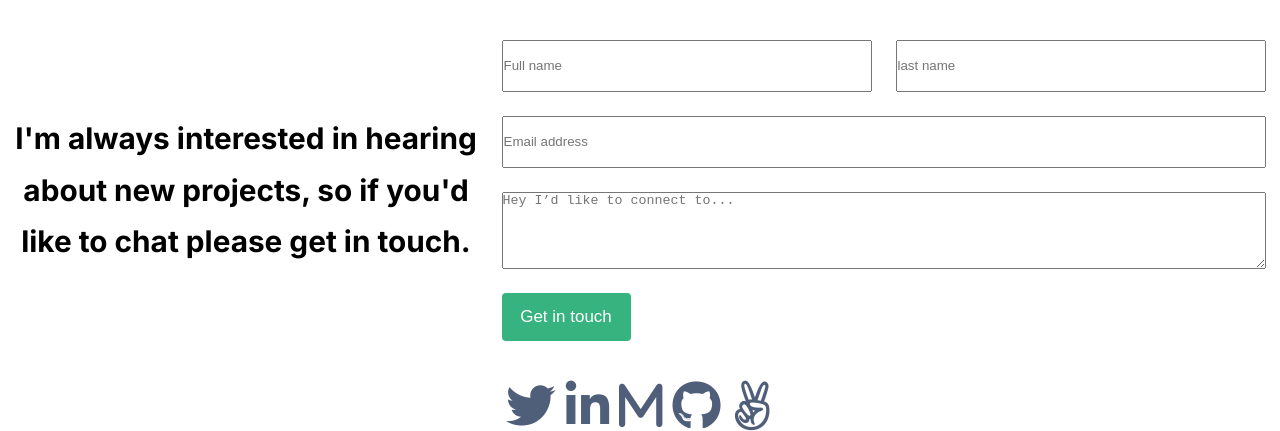
Repository: usman3123/portfolio-template-2
Page: index.html
The author's editor kept a copy of each file at every save. The page is drawn from the files as they stood at one save, then again after the next save.
The browser window is 1280 px wide. The pictures show the part of the page from y = 2881 to 3342 px (the page is 3312 px tall before and 3342 px after).
Some web libraries are served in a nearby version.

Above is the page before, as saved 2025-01-21 09:29:18.

After the next save:
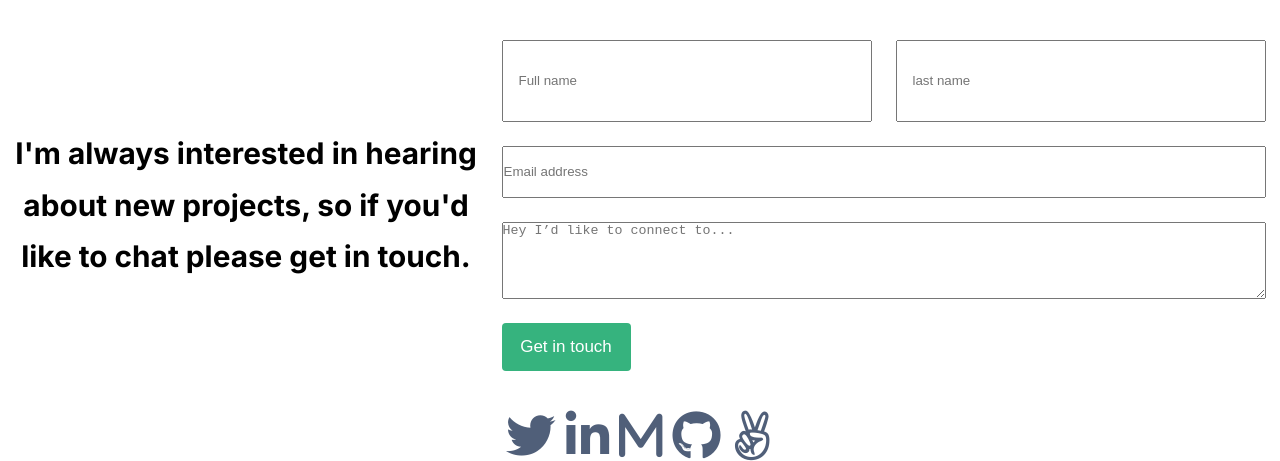
Saved 95 s later.
--- a/style.css
+++ b/style.css
@@ -305,10 +305,12 @@ h2::before {
 .input {
     line-height: 48px;
     width: 50%;
+    padding: 15px;
 }
 .input-last {
     line-height: 48px;
     width: 50%;
+    padding: 15px;
 }
 .contact-email {
     color:#42526e ;
